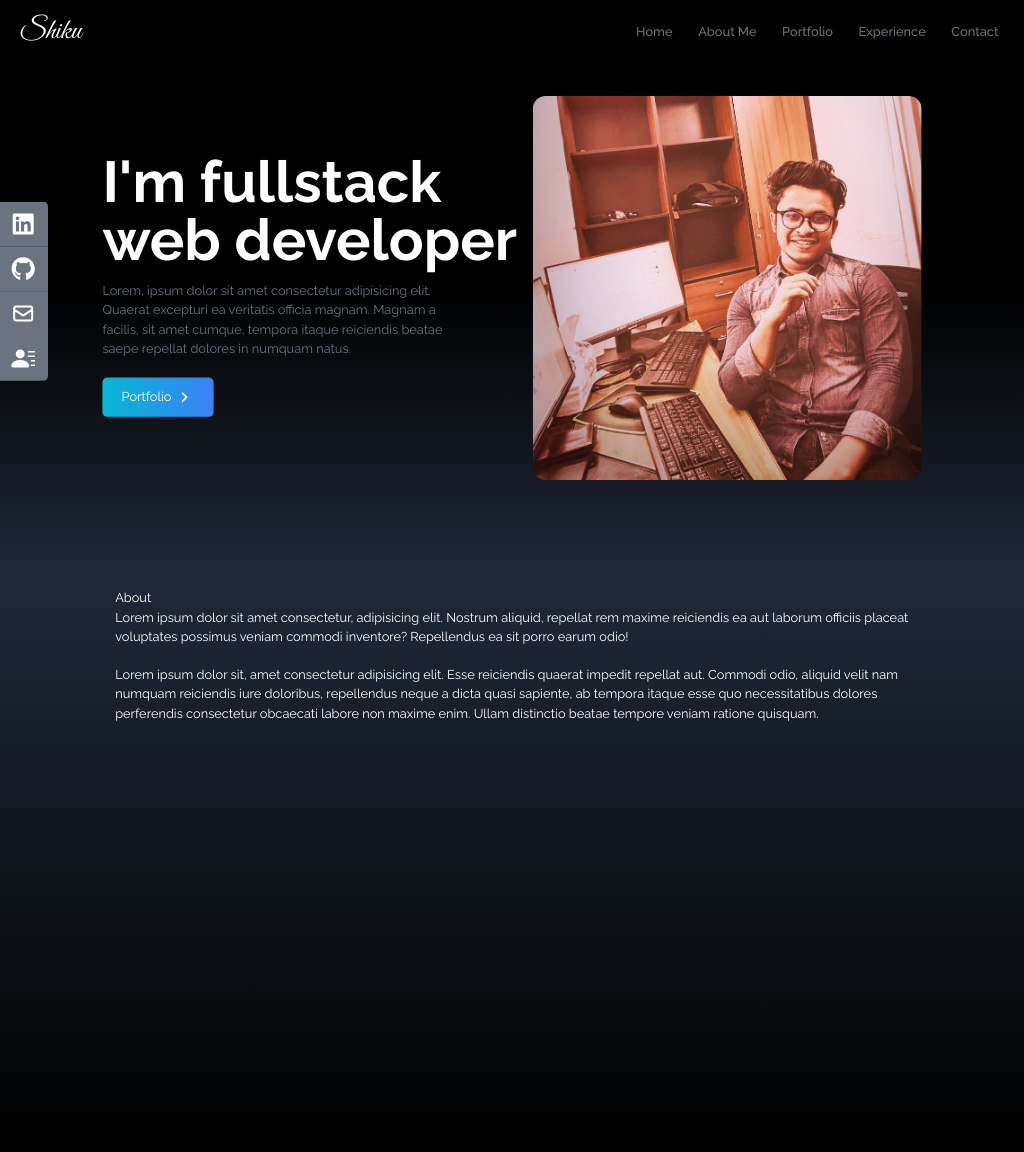
Repository: shikubro90/portfolio2
Page: /
An editor plug-in stored every save of this project. The page is shown before and after a run of saves, followed by the edit.
The browser window is 1280 px wide. The pictures show the whole page, at 80% of full size.
The project was rebuilt for these pictures with package versions that can differ from the ones it lists, and the page was loaded fresh each time. Imported but missing from the stored project, and not drawn on this page: src/assets/CV.pdf.

Above is the page before, as saved 2022-08-26 13:49:47.

### src/index.css
@import url('https://fonts.googleapis.com/css2?family=Raleway:ital,wght@0,200;0,300;0,400;0,500;0,600;0,700;0,800;0,900;1,100;1,200;1,300;1,400;1,500;1,600;1,700;1,800;1,900&display=swap');

@import url('https://fonts.googleapis.com/css2?family=Great+Vibes&display=swap');

@tailwind base;
@tailwind components;
@tailwind utilities;

@layer base{
  html{
    font-family: 'Raleway', sans-serif;
  }
}

### src/App.js
import About from "./components/About";
import Home from "./components/Home";
import Navbar from "./components/Navbar";
import SocialMedia from "./components/SocialMedia";


function App() {
  return (
    <div>
      <Navbar/>
      <Home/>
      <SocialMedia/>
      <About/>
    </div>
  );
}

export default App;

### src/components/About.jsx
import React from 'react'

const About = () => {
  return (
    <div name="about" className='w-full h-screen bg-gradient-to-b from-gray-800 to-black text-white'>
      <div className='max-w-screen-lg p-4 mx-auto flex flex-col justify-center w-full'>
        <div>
          <p>About</p>
        </div>
        <p>
          Lorem ipsum dolor sit amet consectetur, adipisicing elit. Nostrum aliquid, repellat rem maxime reiciendis ea aut laborum officiis placeat voluptates possimus veniam commodi inventore? Repellendus ea sit porro earum odio!
        </p>

        <br />

        <p>Lorem ipsum dolor sit, amet consectetur adipisicing elit. Esse reiciendis quaerat impedit repellat aut. Commodi odio, aliquid velit nam numquam reiciendis iure doloribus, repellendus neque a dicta quasi sapiente, ab tempora itaque esse quo necessitatibus dolores perferendis consectetur obcaecati labore non maxime enim. Ullam distinctio beatae tempore veniam ratione quisquam.</p>
      </div>

    </div>
  )
}

export default About

### src/components/Home.jsx
import React from 'react'
import heroImage from '../assets/about_me.png'
import {MdOutlineKeyboardArrowRight} from "react-icons/md"

const Home = () => {
  return (
    <div name="home" className='h-screen w-full bg-gradient-to-b from-black via-black to-gray-800 px-4'>
        <div className='max-w-screen-lg mx-auto flex flex-col md:flex-row items-center justify-center h-full'>

            <div className='flex flex-col justify-center text-white'>
                <h1 className='text-4xl sm:text-7xl font-bold'>I'm fullstack web developer</h1>

                <p className='text-gray-500 py-4 max-w-md'>Lorem, ipsum dolor sit amet consectetur adipisicing elit. Quaerat excepturi ea veritatis officia magnam. Magnam a facilis, sit amet cumque, tempora itaque reiciendis beatae saepe repellat dolores in numquam natus.</p>

                <button className='group w-fit flex flex-row items-center px-6 py-3 my-2 rounded-md bg-gradient-to-r from-cyan-500 to-blue-500 cursor-pointer'>
                    Portfolio
                    <span className='group-hover:rotate-90 duration-200'>
                        <MdOutlineKeyboardArrowRight className="ml-1" size={25} />
                    </span>
                </button>

            </div>
            <div>
                <img src={heroImage} alt="heroImage" className='rounded-2xl'/>
            </div>
        </div>
    </div>
  )
}

export default Home

### src/components/Navbar.jsx
import React, { useState } from 'react'
import {FaBars, FaTimes} from 'react-icons/fa'

const Navbar = () => {

  const [nav, setNav] = useState(false)

  const links =[
    {
      id : 1,
      link : "Home"
    },
    {
      id : 2,
      link : "About Me"
    },
    {
      id : 3,
      link : "Portfolio"
    },
    {
      id : 4,
      link : "Experience"
    },
    {
      id : 5,
      link : "Contact"
    },
  ]

  return (
    <div className='bg-black text-white flex justify-between items-center px-4 fixed w-full h-20'>
      <div>
        <h1 className='text-4xl font-signature ml-2'>Shiku</h1>
      </div>

        <ul className='hidden md:flex'>
          {
            links.map((link)=>{
              return(
                <li key={link.id} className='px-4 cursor-pointer capitalize font-medium text-gray-500 hover:scale-105 duration-200 '>
                  {link.link}
                </li>
              )
            })
          }
        </ul>
        <div onClick={()=>{return setNav(!nav)}} className='cursor-pointer pr-10 z-10 text-gray-500 md:hidden'>
          {nav? <FaTimes size={30}/> : <FaBars size={30}/>  }
        </div>

          {nav && (
            <ul className='absolute top-0 left-0 w-full flex flex-col items-center justify-center h-screen bg-gradient-to-b from-black to-gray-800 text-gray-500'>
              {
                links.map(({id, link})=>{
                  return(
                    <li key={id} className='px-4 py-6 text-3xl cursor-pointer capitalize font-medium text-gray-500 hover:scale-105 duration-200 '>
                        {link}
                    </li>
                  )
                })
              }
            </ul>
          )}
    </div>
  )
}

export default Navbar

### src/components/SocialMedia.jsx
import React from 'react'
import {FaGithub, FaLinkedin} from "react-icons/fa"
import {HiOutlineMail} from "react-icons/hi"
import {BsFillPersonLinesFill} from "react-icons/bs"
import resume from '../assets/CV.pdf'

const links = [
    {
        id : 1,
        child : (
            <>
                LinkedIn <FaLinkedin size={30}/>
            </>
        ),
        href : "https://linkedin.com",
        style : 'rounded-tr-md'
    },
    {
        id : 2,
        child : (
            <>
                GitHub <FaGithub size={30}/>
            </>
        ),
        href : "https://github.com/shikubro90?tab=repositories",
    },
    {
        id : 3,
        child : (
            <>
                Mail <HiOutlineMail size={30}/>
            </>
        ),
        href : "mailto:shikubro90@gmail.com",
    },
    {
        id : 4,
        child : (
            <>
                Resume <BsFillPersonLinesFill size={30}/>
            </>
        ),
        href : resume,
        style : 'rounded-br-md',
        download: true
    },
]

const SocialMedia = () => {
  return (
    <div className='hidden lg:flex text-white flex flex-col fixed top-[35%] left-0'>
        <ul>
            {links.map(({id, child, style, href, download})=>{
                return(
                    <li key={id} className={`flex justify-between items-center ml-[-100px] hover:ml-[-10px] duration-300 hover:rounded-md w-40 bg-gray-500 cursor-pointer h-14 ${style}`}>
                        <a href={href}
                            className='flex justify-between items-center w-full px-4'
                            download={download}
                            rel="noreferrer"
                            target="_blank">
                            {child}
                        </a>
                    </li>
                )
            })}
        </ul>
    </div>
  )
}

export default SocialMedia

### tailwind.config.js
/** @type {import('tailwindcss').Config} */
module.exports = {
  content: [
    "./src/**/*.{js,jsx,ts,tsx}",
  ],
  theme: {
    extend: {},
    fontFamily: {
      signature : ["Great Vibes"],
    }
  },
  plugins: [],
}

Loaded but not shown: public/index.html (common file); src/index.js (common file)

After the next 3 saves:
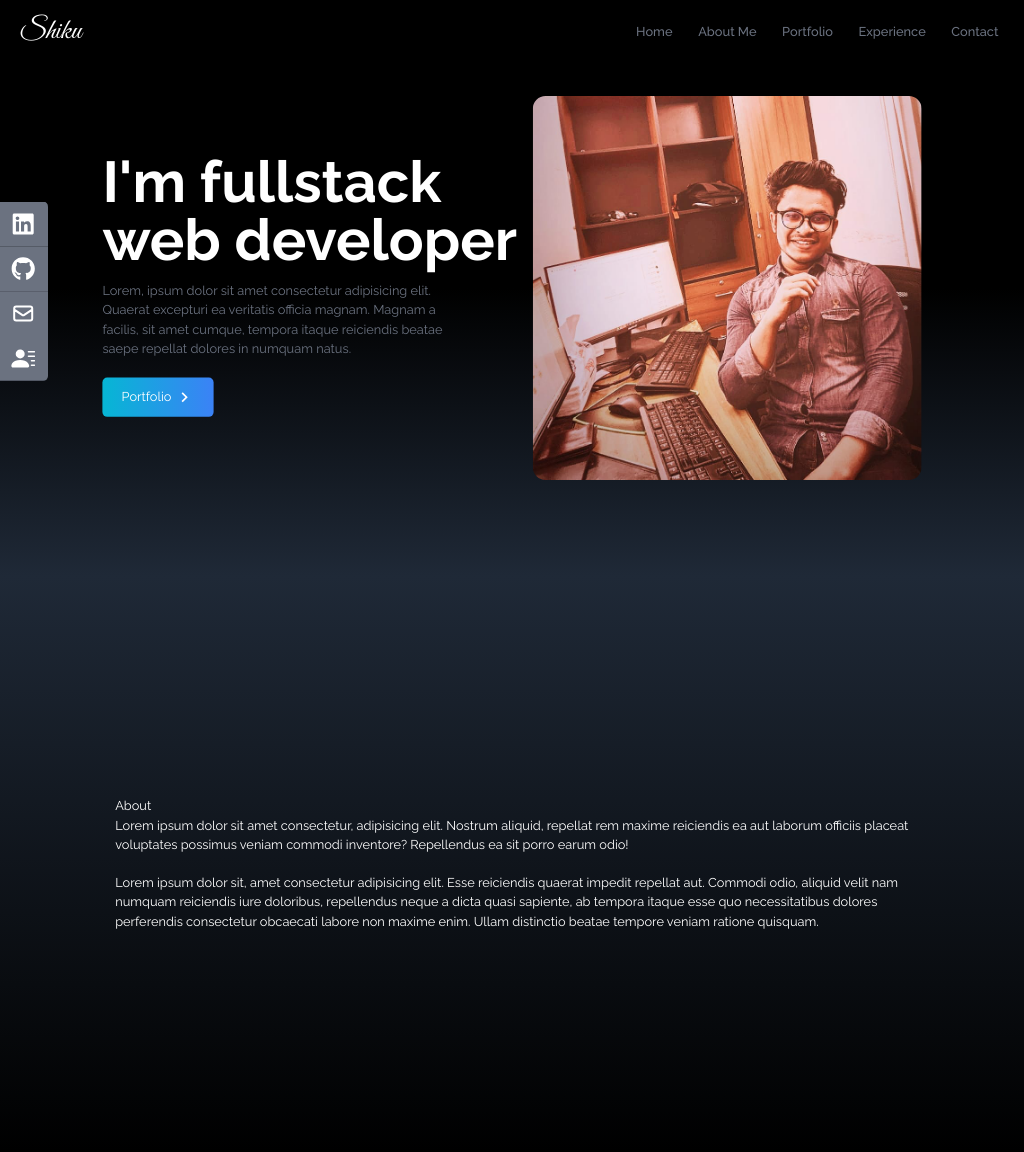
The 3 saves are shown as one change because they came seconds apart.
The last was saved 13 s later.
--- a/src/components/About.jsx
+++ b/src/components/About.jsx
@@ -3,7 +3,7 @@ import React from 'react'
 const About = () => {
   return (
     <div name="about" className='w-full h-screen bg-gradient-to-b from-gray-800 to-black text-white'>
-      <div className='max-w-screen-lg p-4 mx-auto flex flex-col justify-center w-full'>
+      <div className='max-w-screen-lg p-4 mx-auto flex flex-col justify-center w-full h-full'>
         <div>
           <p>About</p>
         </div>
